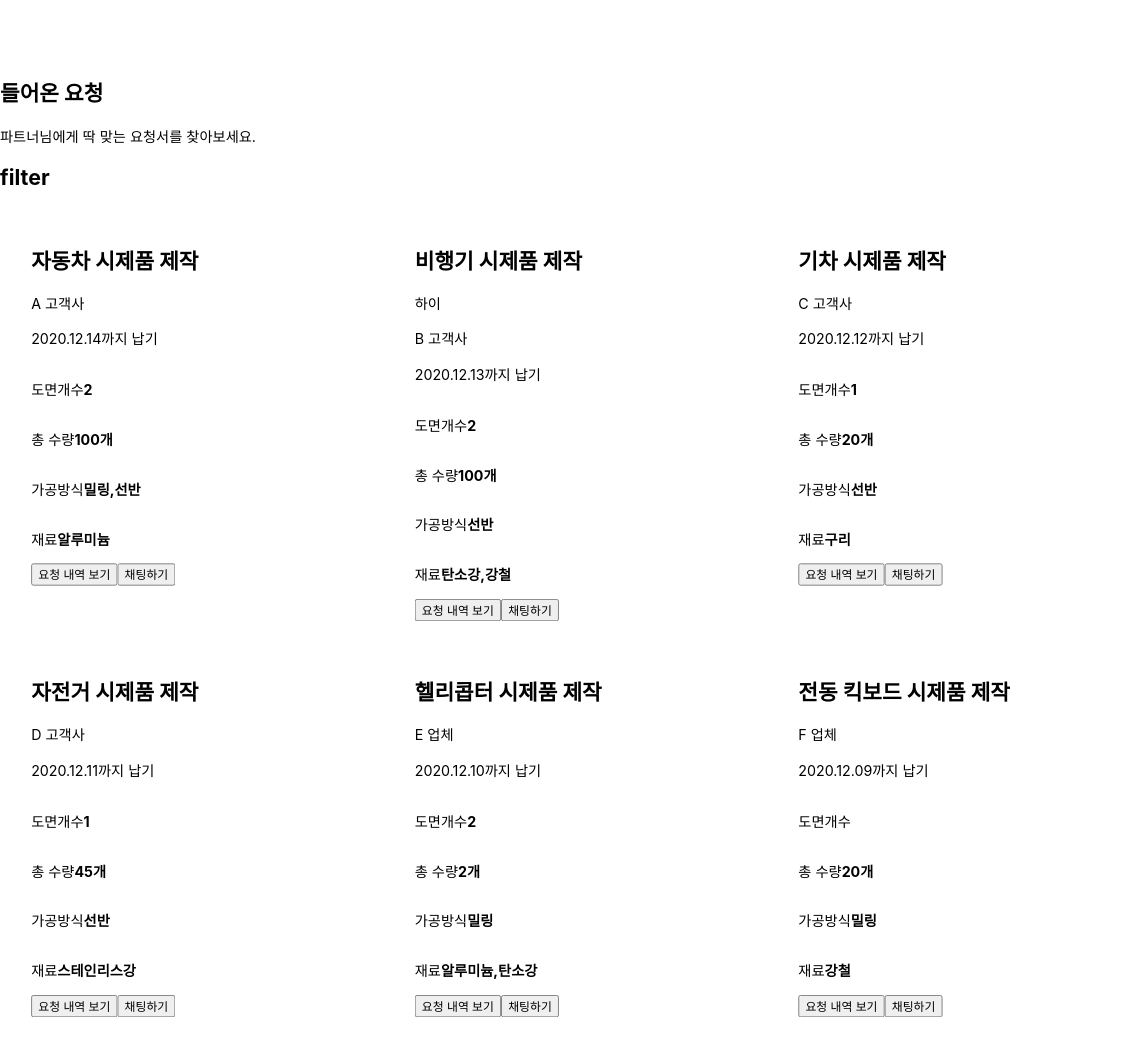
Repository: seoulsaram/capa
Page: /
An editor plug-in stored every save of this project. The page is shown before and after the next save, followed by the edit.
The browser window is 1280 px wide. The pictures show the whole page, at 89% of full size.
The project was rebuilt for these pictures with package versions that can differ from the ones it lists, and the page was loaded fresh each time. Requests to the local data server were answered from the project's data file. Also part of the build but not shown: src/App.css, src/components/filter/filter.module.css, src/components/item_container/item_container.module.css.

Above is the page before, as saved 2021-03-05 22:05:45.

After the next save:
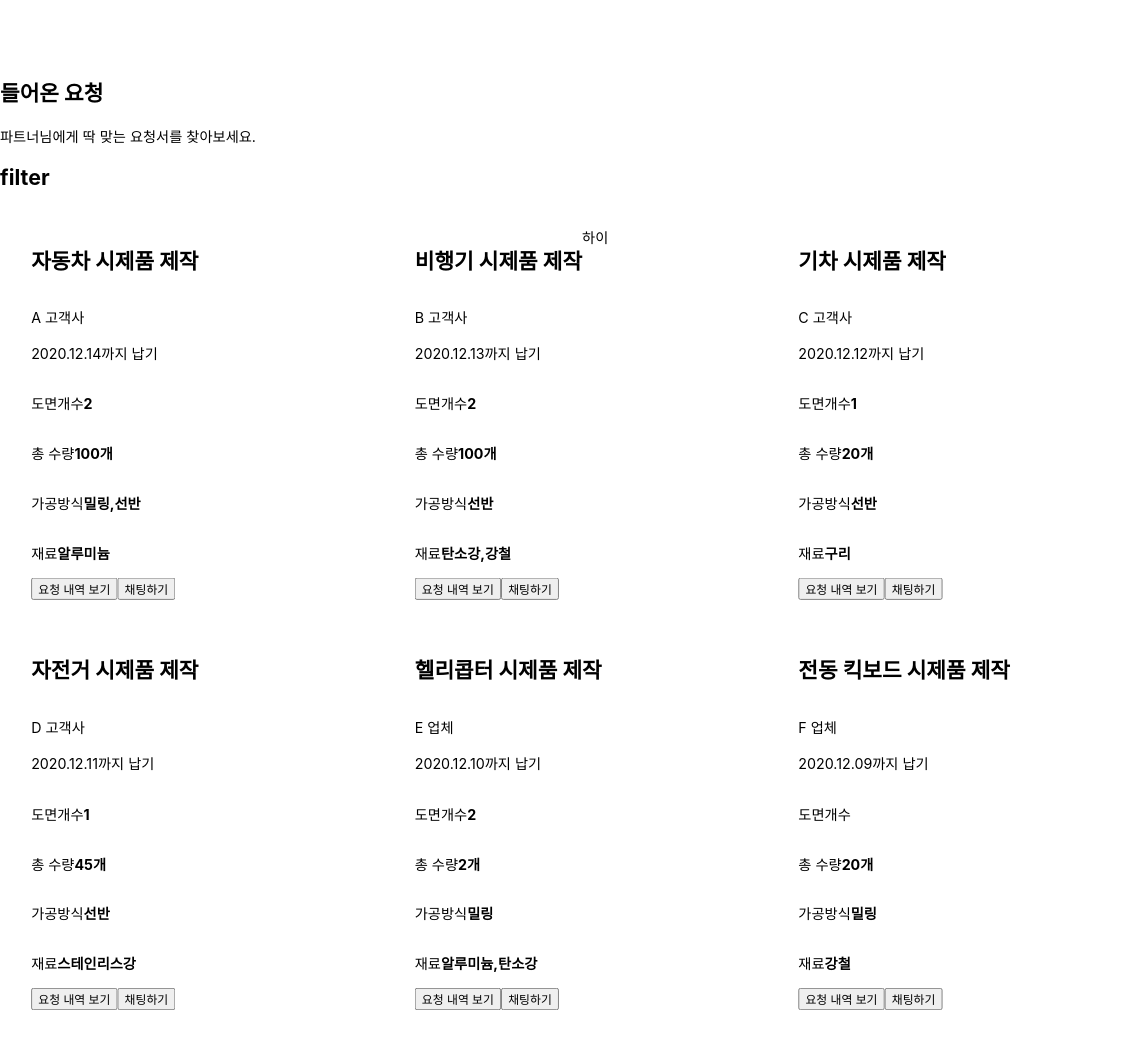
Saved 33 s later.
--- a/src/components/request_box/request_box.module.css
+++ b/src/components/request_box/request_box.module.css
@@ -26,6 +26,10 @@ ul {
   border: 1px solid MakeLightBlue;
 }
 
+.titleContainer {
+  display: flex;
+}
+
 .line {
   width: 90%;
   height: 1px;
